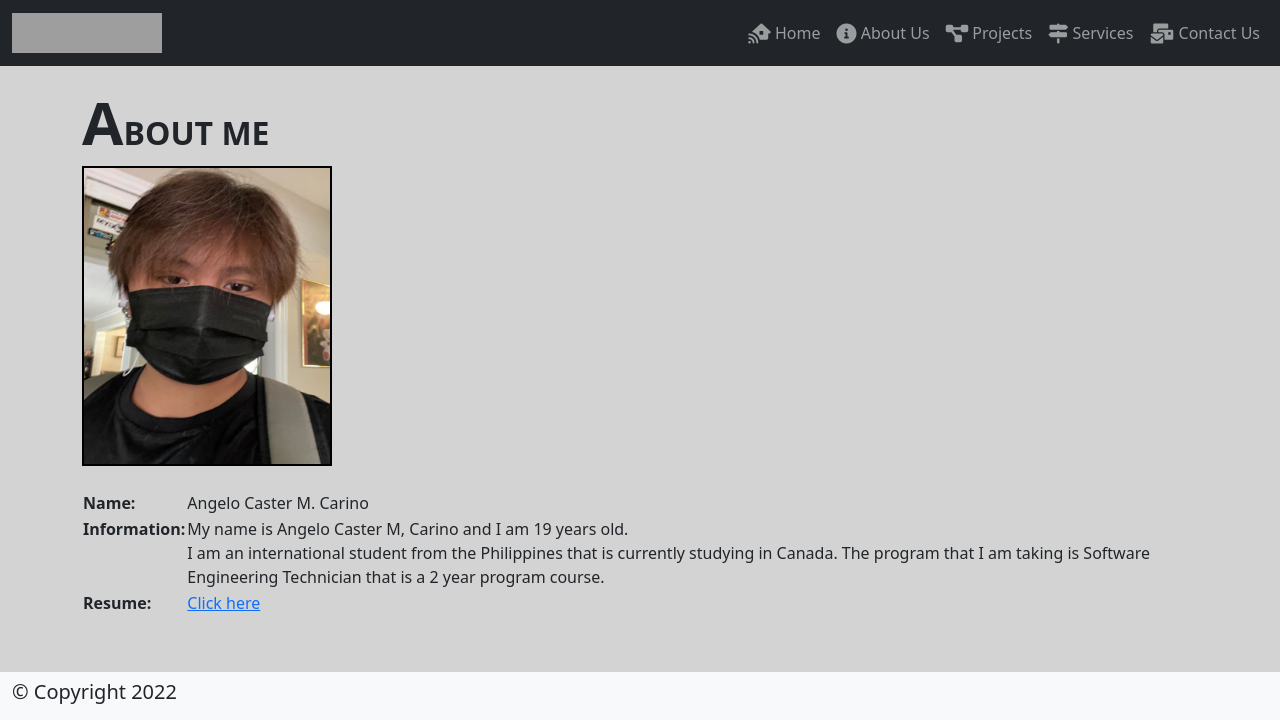
Repository: acarino4/Express-Portfolio-Site
Page: http://localhost/about
The author's editor kept a copy of each file at every save. The page is drawn from the files as they stood at one save, then again after the next save.
The browser window is 1280 px wide. The pictures show the whole page.
Pictures or frames that could not be fetched are drawn as grey boxes. The page is served by the project's Node server (server.js).

Above is the page before, as saved 2022-10-08 18:42:55.

After the next save:
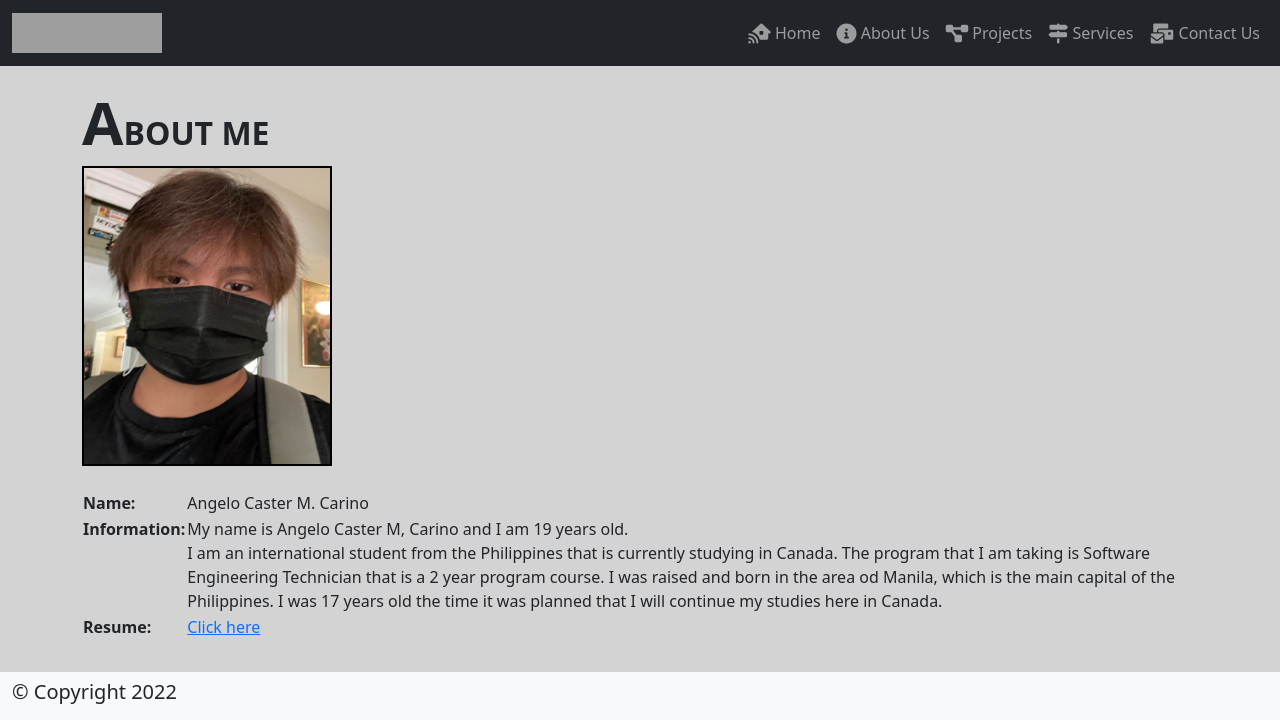
Saved 117 s later.
--- a/Server/Views/content/about.ejs
+++ b/Server/Views/content/about.ejs
@@ -31,6 +31,9 @@
             <td>My name is Angelo Caster M, Carino and I am 19 years old.<br>
                 I am an international student from the Philippines that is currently studying in Canada.
                 The program that I am taking is Software Engineering Technician that is a 2 year program course.
+                I was raised and born in the area od Manila, which is the main capital of the Philippines.
+                I was 17 years old the time it was planned that I will continue my studies here in Canada.
+
 
 
 
